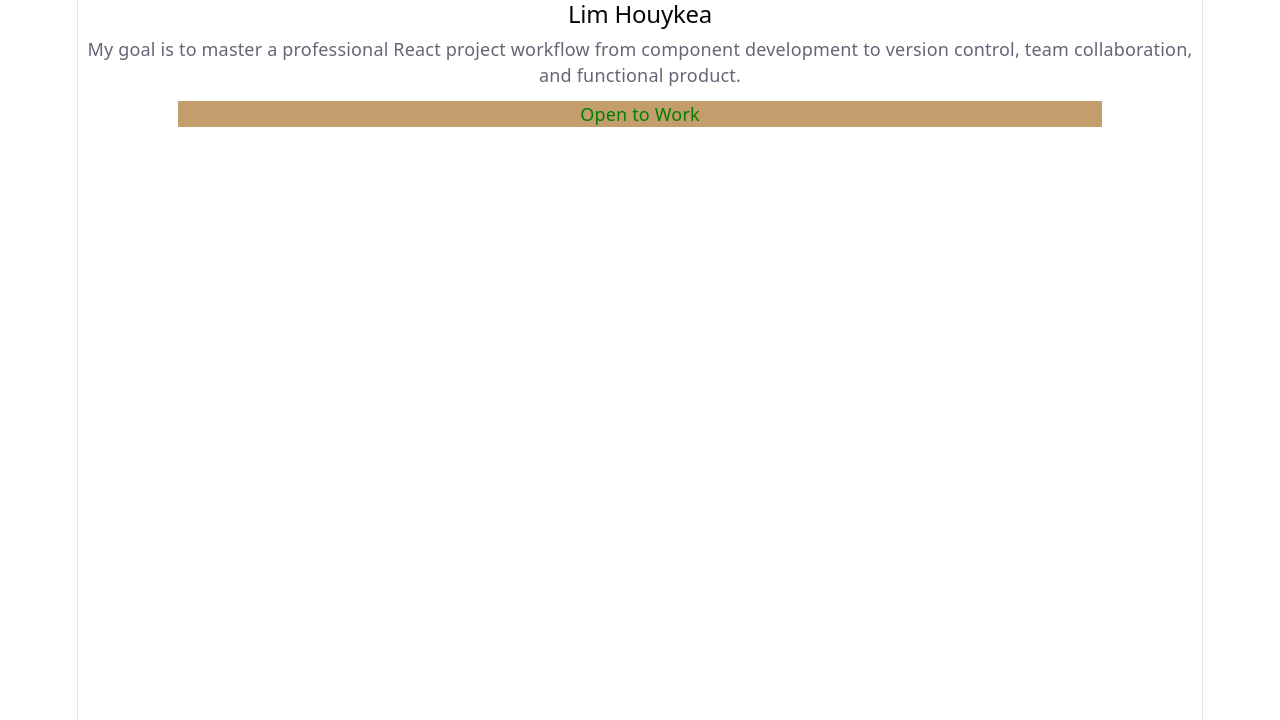
Repository: Houykea/jia-portfolio
Page: /
An editor plug-in stored every save of this project. The page is shown before and after the next save, followed by the edit.
The browser window is 1280 px wide. The pictures show the whole page.
The project was rebuilt for these pictures with package versions that can differ from the ones it lists, and the page was loaded fresh each time. Also part of the build but not shown: vite.config.js.

Above is the page before, as saved 2026-09-11 16:52:03.

After the next save:
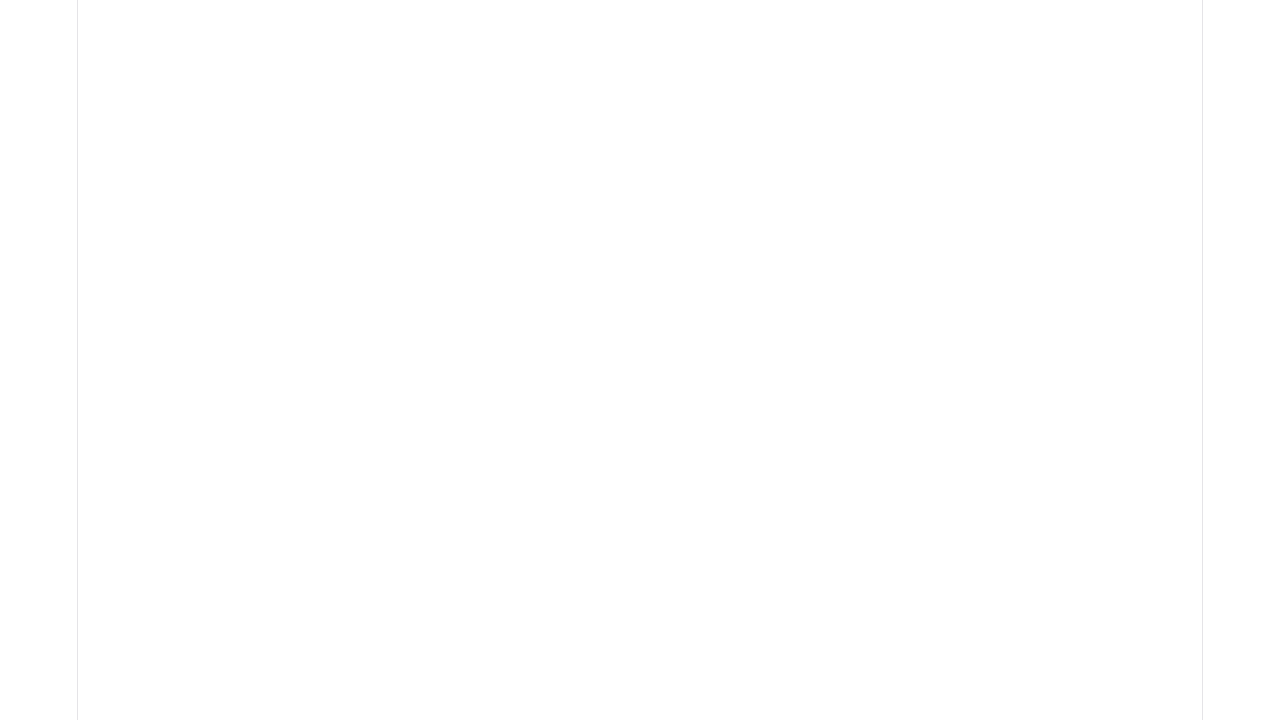
Console error: ReferenceError: title is not defined
Saved 9 s later.
--- a/src/components/Headings.jsx
+++ b/src/components/Headings.jsx
@@ -1,5 +1,5 @@
 function SectionHeading(props) {
-
+  title = props.title
   return (
     <>
       <h2 className="text-gray-900 ext-x1 font-semibold mb-4 p-4">

After the save that followed:
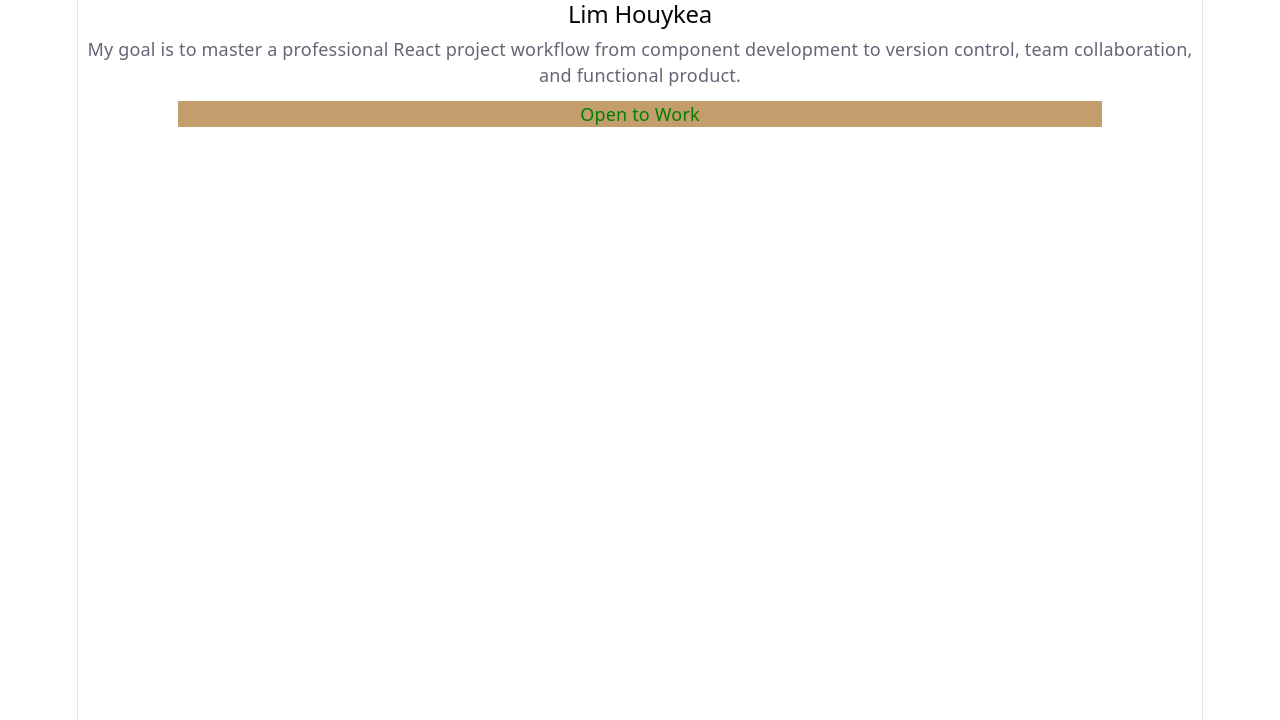
The error is gone.
Saved 48 s later.
--- a/src/components/Headings.jsx
+++ b/src/components/Headings.jsx
@@ -1,5 +1,5 @@
 function SectionHeading(props) {
-  title = props.title
+  const title = props.title
   return (
     <>
       <h2 className="text-gray-900 ext-x1 font-semibold mb-4 p-4">
